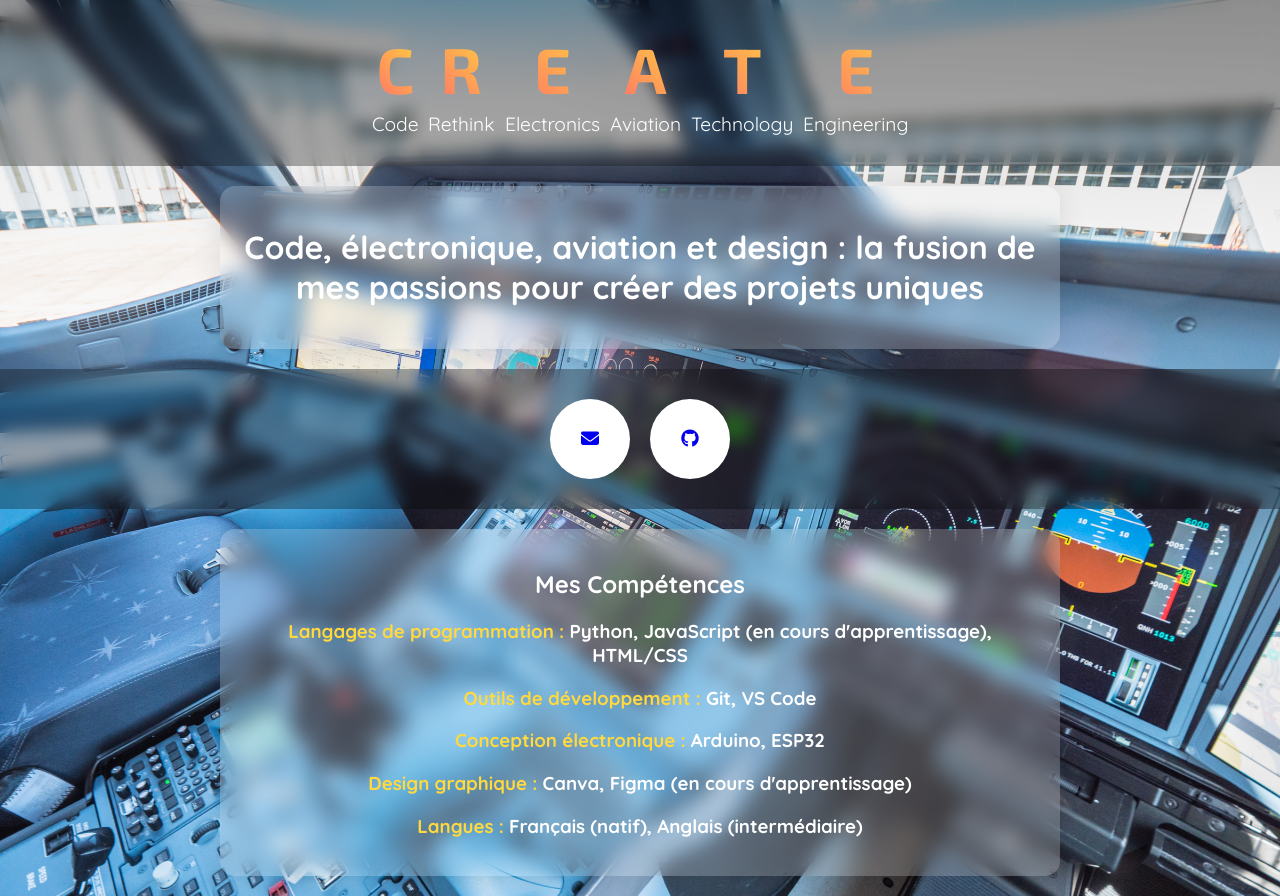
Repository: nlagardere/myportfolio
Page: index.html
The author's editor kept a copy of each file at every save. The page is drawn from the files as they stood at one save, then again after the next save.
The browser window is 1280 px wide. The pictures show the whole page.

Above is the page before, as saved 2025-09-06 10:13:58.

### index.html
<!DOCTYPE html>
<html lang="fr">
<head>
  <meta charset="UTF-8">
  <meta name="viewport" content="width=device-width, initial-scale=1.0">
  <title>Portfolio</title>

  <!-- Google Fonts -->
  <link href="https://fonts.googleapis.com/css2?family=Exo+2:wght@400;700&family=Quicksand:wght@400;700&display=swap" rel="stylesheet">
  <!-- Font Awesome -->
  <link rel="stylesheet" href="https://cdnjs.cloudflare.com/ajax/libs/font-awesome/6.5.0/css/all.min.css">

  <style>
    /* ========== BODY & LAYOUT ========== */
    body {
      font-family: 'Quicksand', sans-serif;
      margin: 0;
      padding: 0;
      min-height: 100vh;
      display: flex;
      flex-direction: column;       /* empile header, contenu, footer verticalement */
      justify-content: space-between; /* espace entre header/contenu et footer */
      background: url('a350.jpg') no-repeat center center;
      background-size: cover;
      color: #333;
    }

    header {
      text-align: center;
      padding: 30px 20px;
      background: rgba(0,0,0,0.3);
      backdrop-filter: blur(8px);
      color: white;
    }

    .glasscard {
      background: rgba(255, 255, 255, 0.2);
      border-radius: 15px;
      padding: 20px;
      margin: 20px auto;
      max-width: 800px;
      backdrop-filter: blur(10px);
      box-shadow: 0 4px 30px rgba(0, 0, 0, 0.1);
      color: white;
      text-align: center;
      animation: zoomPop 1s ease forwards;
    }

    /* ========== ACRONYM ========== */
    .acronym-container {
      display: flex;
      justify-content: center;
      gap: 10px;
      flex-wrap: wrap;
      perspective: 1000px;
    }

    .letter-block {
      flex: none;
      text-align: center;
      opacity: 0;
      transform: scale(0.1) translateZ(-800px);
      animation: zoomPop 0.8s cubic-bezier(0.25, 1.5, 0.5, 1) forwards;
    }

    .letter-block:nth-child(1) { animation-delay: 0s; }
    .letter-block:nth-child(2) { animation-delay: 0.1s; }
    .letter-block:nth-child(3) { animation-delay: 0.2s; }
    .letter-block:nth-child(4) { animation-delay: 0.3s; }
    .letter-block:nth-child(5) { animation-delay: 0.4s; }
    .letter-block:nth-child(6) { animation-delay: 0.5s; }

    .letter-block .letter {
      font-size: 4em;
      font-weight: bold;
      font-family: 'Exo 2', sans-serif;
      background: linear-gradient(45deg, #FF6B6B, #FFD93D);
      -webkit-background-clip: text;
      -webkit-text-fill-color: transparent;
      transition: filter 0.2s;
    }

    .letter-block .letter:hover {
      filter: brightness(1.2);
    }

    .letter-block .desc {
      font-size: 1.2em;
      margin-top: 5px;
    }

    @keyframes zoomPop {
      0% { opacity: 0; transform: scale(0.1) translateZ(-800px); }
      60% { opacity: 1; transform: scale(1.2) translateZ(50px); }
      80% { transform: scale(0.95) translateZ(0); }
      100% { opacity: 1; transform: scale(1) translateZ(0); }
    }

    /* ========== SOCIAL ICONS ========== */
    .wrapper {
      display: inline-flex;
      justify-content: center;
      list-style: none;
      padding: 20px 0;
      margin: 0 auto;
    }

    .wrapper .icon {
      position: relative;
      background: #ffffff;
      border-radius: 50%;
      padding: 15px;
      margin: 0 10px;
      width: 50px;
      height: 50px;
      font-size: 18px;
      display: flex;
      justify-content: center;
      align-items: center;
      cursor: pointer;
      transition: all 0.2s cubic-bezier(0.68, -0.55, 0.265, 1.55);
    }

    /* Tooltip */
    .wrapper .tooltip {
      position: absolute;
      bottom: 100%;           /* au-dessus de l’icône */
      left: 50%;
      transform: translateX(-50%) translateY(-10px);
      font-size: 14px;
      background: #333;
      color: #fff;
      padding: 5px 8px;
      border-radius: 5px;
      box-shadow: 0 4px 10px rgba(0,0,0,0.2);
      opacity: 0;
      pointer-events: none;
      white-space: nowrap;
      transition: all 0.3s cubic-bezier(0.68, -0.55, 0.265, 1.55);
      z-index: 10;
    }

    .wrapper .tooltip::before {
      content: "";
      position: absolute;
      top: 100%;              /* triangle sous le tooltip */
      left: 50%;
      transform: translateX(-50%) rotate(45deg);
      width: 8px;
      height: 8px;
      background: #333;
    }

    .wrapper .icon:hover .tooltip {
      opacity: 1;
      pointer-events: auto;
      transform: translateX(-50%) translateY(-15px);
    }

    /* Hover colors */
    .wrapper .mail:hover,
    .wrapper .mail:hover .tooltip,
    .wrapper .mail:hover .tooltip::before {
      background: #00CED1;
      color: #ffffff;
    }

    .wrapper .github:hover,
    .wrapper .github:hover .tooltip,
    .wrapper .github:hover .tooltip::before {
      background: #333333;
      color: #ffffff;
    }

    .compétences{
      text-align: center;
      background: rgba(255, 255, 255, 0.2);
      border-radius: 15px;
      padding: 20px;
      margin: 20px auto;
      max-width: 800px;
      backdrop-filter: blur(10px);
      box-shadow: 0 4px 30px rgba(0, 0, 0, 0.1);
      color: white;
      text-align: center;
      animation: zoomPop 1s ease forwards;
    }

    .highlight {
      color: #FFD93D;

    }

    .footer{
      text-align: center;
      padding: 10px 20px;
      background: rgba(0,0,0,0.3);
      backdrop-filter: blur(8px);
      color: white;
      margin-top: auto; /* pousse le footer en bas */
    }


    /* Responsive letters */
    @media (max-width: 600px) {
      .letter-block .letter {
        font-size: 2.5em;
      }
    }
  </style>
</head>

<body>
  <header>
    <div class="acronym-container">
      <div class="letter-block">
        <div class="letter">C</div>
        <div class="desc">Code</div>
      </div>
      <div class="letter-block">
        <div class="letter">R</div>
        <div class="desc">Rethink</div>
      </div>
      <div class="letter-block">
        <div class="letter">E</div>
        <div class="desc">Electronics</div>
      </div>
      <div class="letter-block">
        <div class="letter">A</div>
        <div class="desc">Aviation</div>
      </div>
      <div class="letter-block">
        <div class="letter">T</div>
        <div class="desc">Technology</div>
      </div>
      <div class="letter-block">
        <div class="letter">E</div>
        <div class="desc">Engineering</div>
      </div>
    </div>
  </header>

  <div class="glasscard">
    <h1>Code, électronique, aviation et design : la fusion de mes passions pour créer des projets uniques</h1>
  </div>
<div class="footer">
  <ul class="wrapper">
    <li class="icon mail">
      <a href="mailto:nathan.lagardere@gmail.com" target="_blank">
        <span class="tooltip">Mail</span>
        <i class="fas fa-envelope"></i>
      </a>
    </li>

    <li class="icon github">
      <a href="https://github.com/nlagardere" target="_blank">
        <span class="tooltip">Github</span>
        <i class="fab fa-github"></i>
      </a>
    </li>
  </ul>
</div>

  <div class="compétences">
    <h2>Mes Compétences</h2>

      <h3><span class="highlight">Langages de programmation :</span> Python, JavaScript (en cours d'apprentissage), HTML/CSS</h3>
      <h3><span class="highlight">Outils de développement :</span> Git, VS Code</h3>
      <h3><span class="highlight">Conception électronique :</span> Arduino, ESP32</h3>
      <h3><span class="highlight">Design graphique :</span> Canva, Figma (en cours d'apprentissage)</h3>
      <h3><span class="highlight">Langues :</span> Français (natif), Anglais (intermédiaire)</h3>

  </div>

</body>
</html>

After the next save:
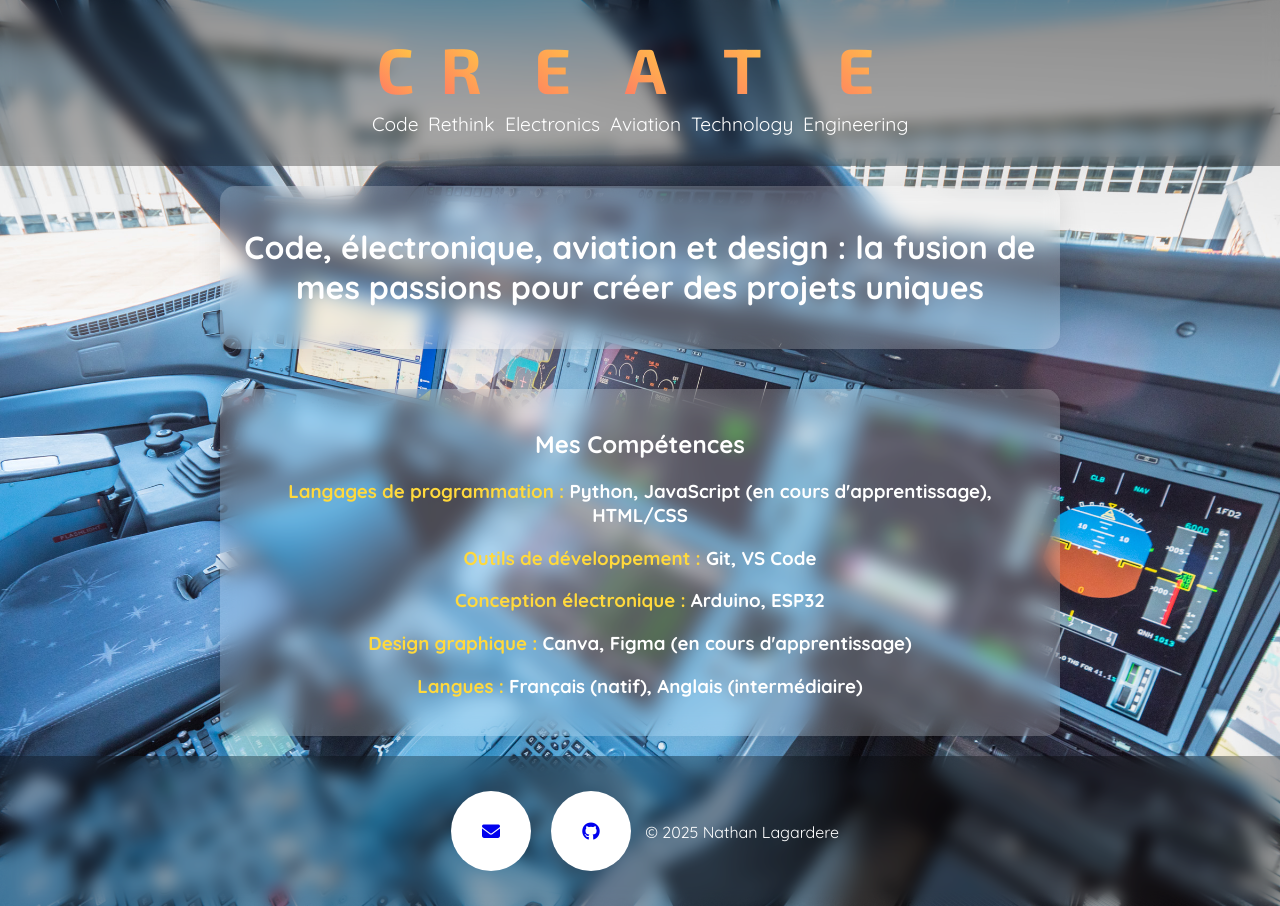
Saved 40 s later.
--- a/index.html
+++ b/index.html
@@ -18,11 +18,10 @@
       padding: 0;
       min-height: 100vh;
       display: flex;
-      flex-direction: column;       /* empile header, contenu, footer verticalement */
-      justify-content: space-between; /* espace entre header/contenu et footer */
+      flex-direction: column;
       background: url('a350.jpg') no-repeat center center;
       background-size: cover;
-      color: #333;
+      color: #fff;
     }
 
     header {
@@ -30,20 +29,32 @@
       padding: 30px 20px;
       background: rgba(0,0,0,0.3);
       backdrop-filter: blur(8px);
-      color: white;
-    }
-
-    .glasscard {
+    }
+
+    /* ========== GLASS CARD ========== */
+    .glasscard, .competences {
       background: rgba(255, 255, 255, 0.2);
       border-radius: 15px;
       padding: 20px;
       margin: 20px auto;
       max-width: 800px;
       backdrop-filter: blur(10px);
-      box-shadow: 0 4px 30px rgba(0, 0, 0, 0.1);
+      box-shadow: 0 4px 30px rgba(0,0,0,0.1);
+      text-align: center;
+      animation: zoomPop 1s ease forwards;
       color: white;
-      text-align: center;
-      animation: zoomPop 1s ease forwards;
+    }
+
+    .highlight {
+      color: #FFD93D;
+      font-weight: bold;
+    }
+
+    @keyframes zoomPop {
+      0% { opacity: 0; transform: scale(0.1) translateZ(-800px); }
+      60% { opacity: 1; transform: scale(1.2) translateZ(50px); }
+      80% { transform: scale(0.95) translateZ(0); }
+      100% { opacity: 1; transform: scale(1) translateZ(0); }
     }
 
     /* ========== ACRONYM ========== */
@@ -87,13 +98,6 @@
     .letter-block .desc {
       font-size: 1.2em;
       margin-top: 5px;
-    }
-
-    @keyframes zoomPop {
-      0% { opacity: 0; transform: scale(0.1) translateZ(-800px); }
-      60% { opacity: 1; transform: scale(1.2) translateZ(50px); }
-      80% { transform: scale(0.95) translateZ(0); }
-      100% { opacity: 1; transform: scale(1) translateZ(0); }
     }
 
     /* ========== SOCIAL ICONS ========== */
@@ -121,10 +125,9 @@
       transition: all 0.2s cubic-bezier(0.68, -0.55, 0.265, 1.55);
     }
 
-    /* Tooltip */
     .wrapper .tooltip {
       position: absolute;
-      bottom: 100%;           /* au-dessus de l’icône */
+      bottom: 100%;
       left: 50%;
       transform: translateX(-50%) translateY(-10px);
       font-size: 14px;
@@ -132,7 +135,6 @@
       color: #fff;
       padding: 5px 8px;
       border-radius: 5px;
-      box-shadow: 0 4px 10px rgba(0,0,0,0.2);
       opacity: 0;
       pointer-events: none;
       white-space: nowrap;
@@ -143,7 +145,7 @@
     .wrapper .tooltip::before {
       content: "";
       position: absolute;
-      top: 100%;              /* triangle sous le tooltip */
+      top: 100%;
       left: 50%;
       transform: translateX(-50%) rotate(45deg);
       width: 8px;
@@ -157,59 +159,39 @@
       transform: translateX(-50%) translateY(-15px);
     }
 
-    /* Hover colors */
     .wrapper .mail:hover,
     .wrapper .mail:hover .tooltip,
     .wrapper .mail:hover .tooltip::before {
       background: #00CED1;
-      color: #ffffff;
+      color: #fff;
     }
 
     .wrapper .github:hover,
     .wrapper .github:hover .tooltip,
     .wrapper .github:hover .tooltip::before {
       background: #333333;
-      color: #ffffff;
-    }
-
-    .compétences{
-      text-align: center;
-      background: rgba(255, 255, 255, 0.2);
-      border-radius: 15px;
-      padding: 20px;
-      margin: 20px auto;
-      max-width: 800px;
-      backdrop-filter: blur(10px);
-      box-shadow: 0 4px 30px rgba(0, 0, 0, 0.1);
-      color: white;
-      text-align: center;
-      animation: zoomPop 1s ease forwards;
-    }
-
-    .highlight {
-      color: #FFD93D;
-
-    }
-
+      color: #fff;
+    }
+
+    /* ========== FOOTER ========== */
     .footer{
       text-align: center;
-      padding: 10px 20px;
+      padding: 15px 20px;
       background: rgba(0,0,0,0.3);
       backdrop-filter: blur(8px);
       color: white;
-      margin-top: auto; /* pousse le footer en bas */
-    }
-
-
-    /* Responsive letters */
+      margin-top: auto; /* ça force le footer en bas */
+    }
+
+    /* ========== RESPONSIVE ========== */
     @media (max-width: 600px) {
       .letter-block .letter {
         font-size: 2.5em;
       }
     }
+
   </style>
 </head>
-
 <body>
   <header>
     <div class="acronym-container">
@@ -243,34 +225,32 @@
   <div class="glasscard">
     <h1>Code, électronique, aviation et design : la fusion de mes passions pour créer des projets uniques</h1>
   </div>
-<div class="footer">
-  <ul class="wrapper">
-    <li class="icon mail">
-      <a href="mailto:nathan.lagardere@gmail.com" target="_blank">
-        <span class="tooltip">Mail</span>
-        <i class="fas fa-envelope"></i>
-      </a>
-    </li>
-
-    <li class="icon github">
-      <a href="https://github.com/nlagardere" target="_blank">
-        <span class="tooltip">Github</span>
-        <i class="fab fa-github"></i>
-      </a>
-    </li>
-  </ul>
-</div>
-
-  <div class="compétences">
+
+  <div class="competences">
     <h2>Mes Compétences</h2>
-
-      <h3><span class="highlight">Langages de programmation :</span> Python, JavaScript (en cours d'apprentissage), HTML/CSS</h3>
-      <h3><span class="highlight">Outils de développement :</span> Git, VS Code</h3>
-      <h3><span class="highlight">Conception électronique :</span> Arduino, ESP32</h3>
-      <h3><span class="highlight">Design graphique :</span> Canva, Figma (en cours d'apprentissage)</h3>
-      <h3><span class="highlight">Langues :</span> Français (natif), Anglais (intermédiaire)</h3>
-
+    <h3><span class="highlight">Langages de programmation :</span> Python, JavaScript (en cours d'apprentissage), HTML/CSS</h3>
+    <h3><span class="highlight">Outils de développement :</span> Git, VS Code</h3>
+    <h3><span class="highlight">Conception électronique :</span> Arduino, ESP32</h3>
+    <h3><span class="highlight">Design graphique :</span> Canva, Figma (en cours d'apprentissage)</h3>
+    <h3><span class="highlight">Langues :</span> Français (natif), Anglais (intermédiaire)</h3>
   </div>
 
+  <div class="footer">
+    <ul class="wrapper">
+      <li class="icon mail">
+        <a href="mailto:nathan.lagardere@gmail.com" target="_blank">
+          <span class="tooltip">Mail</span>
+          <i class="fas fa-envelope"></i>
+        </a>
+      </li>
+      <li class="icon github">
+        <a href="https://github.com/nlagardere" target="_blank">
+          <span class="tooltip">Github</span>
+          <i class="fab fa-github"></i>
+        </a>
+      </li>
+    </ul>
+    © 2025 Nathan Lagardere
+  </div>
 </body>
 </html>
